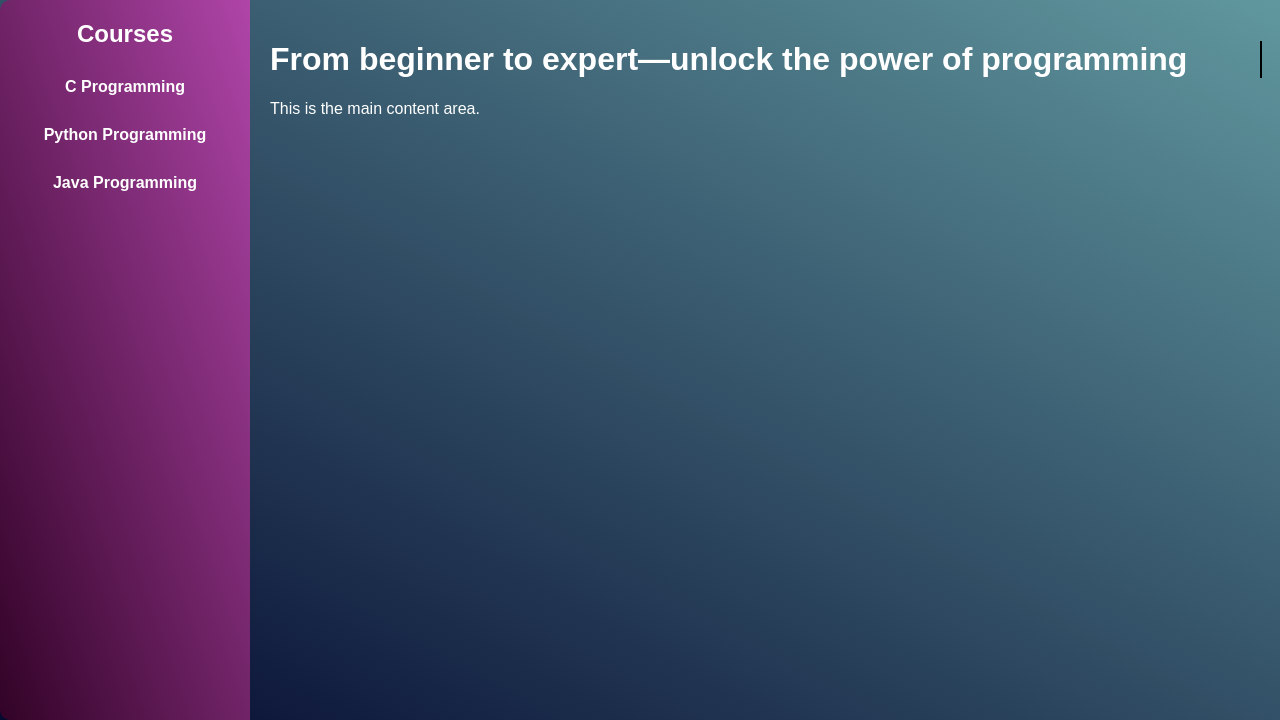
Repository: RishitSharma88/SeaGro
Page: templates/learningcourses.html
An editor plug-in stored every save of this project. The page is shown before and after the next save, followed by the edit.
The browser window is 1280 px wide. The pictures show the whole page.
The template is drawn by Flask 3. The application's start-up code is not run. Other server files are loaded and not shown. The template is opened directly, without the code that normally fills it, so the values that code supplies are empty.

Above is the page before, as saved 2024-12-28 14:17:51.

### templates/learningcourses.html
<!DOCTYPE html>
<html lang="en">
<head>
    <meta charset="UTF-8">
    <meta name="viewport" content="width=device-width, initial-scale=1.0">
    <title>Learning Courses</title>
    <style>
        body {
            margin: 0;
            padding: 0;
            font-family: 'Arial', sans-serif;
            background: linear-gradient(to bottom left, #60979e, #050a30);
            color: #FFFFFF;
            display: flex;
            height: 100vh;
            overflow: hidden;
        }

        .sidebar {
            background: linear-gradient(to bottom left, #af45a8, #320327);
            color: #ffff;
            width: 250px;
            height: 100%;
            border-radius: 10px 0 0 10px;
            overflow: auto;
            display: flex;
            flex-direction: column;
            align-items: center;
            position: fixed;
            left: 0;
            top: 0;
            transition: transform 0.3s ease;
        }
        .h {
            font-size: 24px;
            font-weight: bold;
            text-align: center;
            margin: 20px 0;
        }
        .side-links {
            display: flex;
            flex-direction: column;
            gap: 10px;
            width: 100%;
            padding: 0 10px;
        }

        .side-links a {
            text-decoration: none;
            color: #fff;
            font-size: 1rem;
            font-weight: bold;
            padding: 10px;
            border-radius: 5px;
            text-align: center;
            transition: background-color 0.3s ease;
        }

        .side-links a:hover {
            background-color: rgba(255, 255, 255, 0.2);
        }
        .main-content {
            margin-left: 250px;
            flex: 1;
            padding: 20px;
            transition: margin-left 0.3s ease;
        }
        .typing {
            width: 0;
            overflow: hidden;
            white-space: nowrap;
            border-right: 2px solid black;
            animation: typing 2s steps(20) forwards, blink 1s step-end infinite;
        }
        @keyframes typing {
            from {
                width: 0;
            }
            to {
                width: 100%;
            }
        }

        @keyframes blink {
            50% {
                border-color: transparent;
            }
        }
        .highlight{color: linear-gradient(to bottom left, #af45a8, #c77dff); }  /* Purple */
        .expert{color: linear-gradient(to bottom left, #4dd0e1, #76e4ff); }     /* Cyan */

        /*.sidebar.collapsed {
            transform: translateX(-250px);
        }





        .toggle-btn {
            position: fixed;
            top: 50%;
            left: 250px;
            transform: translateY(-50%);
            background: #de7a50;
            color: #fff;
            border: none;
            border-radius: 5px;
            font-size: 20px;
            cursor: pointer;
            transition: left 0.3s ease;
        }

        .toggle-btn.collapsed {
            left: 0;
        }



        .sidebar.collapsed + .main-content {
            margin-left: 0;
        }*/
    </style>
</head>
<body>
    <div class="sidebar">
        <h1 class="h">Courses</h1>
        <div class="side-links">
            <a href="coursetemp.html">C Programming</a>
            <a href="coursetemp.html">Python Programming</a>
            <a href="coursetemp.html">Java Programming</a>
        </div>
    </div>
    <!-- <button class="toggle-btn">&#9664;</button> -->

    <div class="main-content">
        <h1 class="typing">
            From <span class="highlight">beginner</span> to <span class="expert">expert</span>—unlock the power of programming
        </h1>
        <p>This is the main content area.</p>
    </div>

    <!-- <script>
        const sidebar = document.querySelector('.sidebar');
        const toggleBtn = document.querySelector('.toggle-btn');

        toggleBtn.addEventListener('click', () => {
            sidebar.classList.toggle('collapsed');
            toggleBtn.classList.toggle('collapsed');


            toggleBtn.innerHTML = sidebar.classList.contains('collapsed') ? '&#9654;' : '&#9664;';
        });
    </script> -->
</body>
</html>

After the next save:
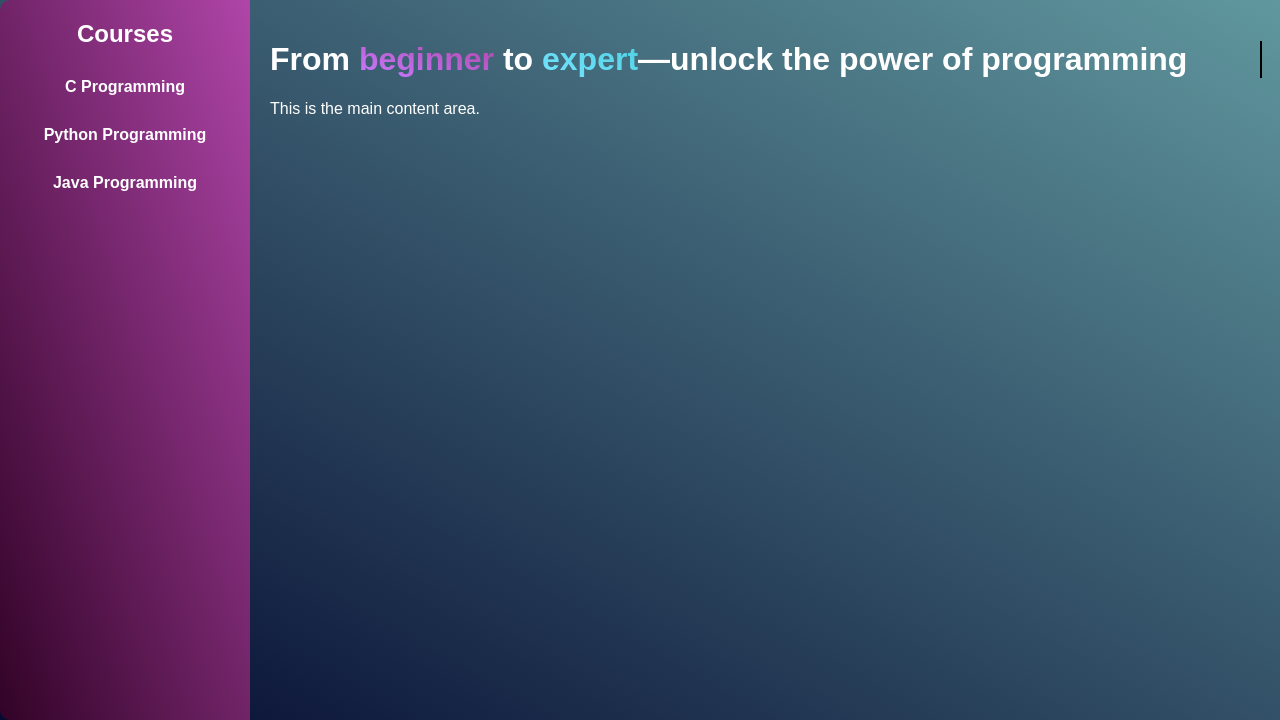
Saved 114 s later.
--- a/templates/learningcourses.html
+++ b/templates/learningcourses.html
@@ -86,8 +86,17 @@
                 border-color: transparent;
             }
         }
-        .highlight{color: linear-gradient(to bottom left, #af45a8, #c77dff); }  /* Purple */
-        .expert{color: linear-gradient(to bottom left, #4dd0e1, #76e4ff); }     /* Cyan */
+        .highlight {
+            background: linear-gradient(to bottom left, #af45a8, #c77dff); /* Gradient */
+            -webkit-background-clip: text;  /* Clip background to text */
+            -webkit-text-fill-color: transparent;  /* Make the non-highlight part transparent */
+        }
+
+        .expert {
+            background: linear-gradient(to bottom left, #4dd0e1, #76e4ff);
+            -webkit-background-clip: text;
+            -webkit-text-fill-color: transparent;
+        }
 
         /*.sidebar.collapsed {
             transform: translateX(-250px);
